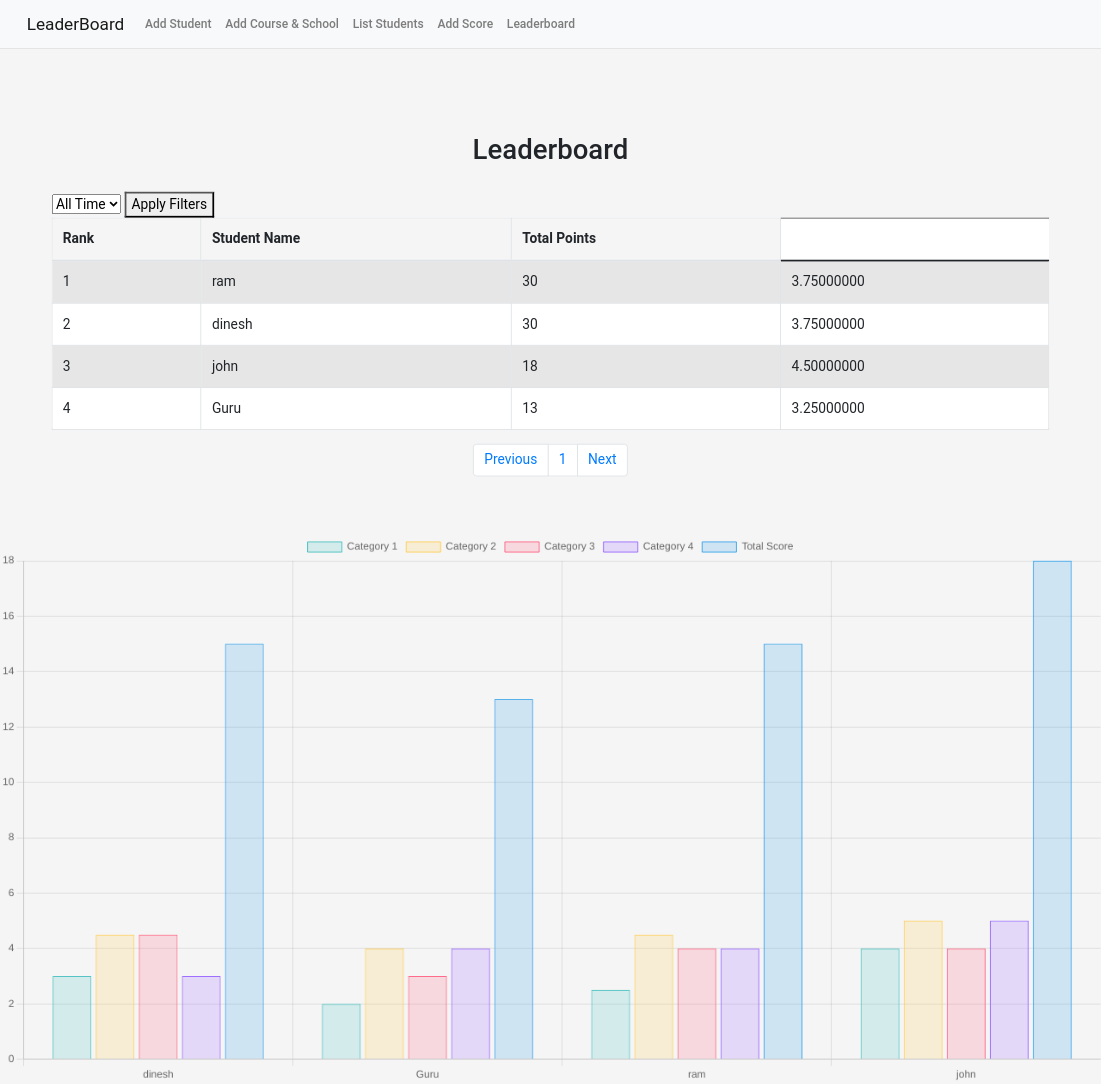
Repository: bigbodhiacademy/gBoard
Page: http://localhost/leaderboard.php?page=0
The author's editor kept a copy of each file at every save. The page is drawn from the files as they stood at one save, then again after the next save.
The browser window is 1280 px wide. The pictures show the whole page, at 86% of full size.
After loading, the first visible `#leaderboardFilterForm` was submitted once.
The page is run by PHP 8.4 with error messages shown; the project is at /var/www/html/. The database holds what the project's SQL file puts in it.

Above is the page before, as saved 2023-04-23 22:40:45.
Not found: scripts.js

### leaderboard.php
<?php require_once 'functions.php'; ?>
<?php
    $limit = 10; // Number of rows to display per page
    $currentPage = isset($_GET['page']) ? intval($_GET['page']) : 1;
    $offset = ($currentPage - 1) * $limit;
    $totalRows = getLeaderboardRowCount();
    $totalPages = ceil($totalRows / $limit);
?>
<?php include 'header.php'; ?>


<div class="container mt-5">
<h2 class="text-center">Leaderboard</h2>

<form id="leaderboardFilterForm">

<select name="interval" id="leaderboardInterval">
  <option value="all">All Time</option>
  <option value="monthly">Monthly</option>
  <option value="yearly">Yearly</option>
</select>
<select name="month" id="leaderboardMonth" style="display:none;">
  <option value="01">January</option>
  <option value="02">February</option>
  <option value="03">March</option>
  <option value="04">April</option>
  <option value="05">May</option>
  <option value="06">June</option>
  <option value="07">July</option>
  <option value="08">August</option>
  <option value="09">September</option>
  <option value="10">October</option>
  <option value="11">November</option>
  <option value="12">December</option>
</select>
<select name="year" id="leaderboardYear" style="display:none;">
  <option value="2023">2023</option>
  <option value="2022">2022</option>
  <option value="2021">2021</option>
  <!-- Add more years as needed -->
</select>
<button type="submit">Apply Filters</button>
</form>



<div class="table-responsive">
    <table class="table table-bordered table-striped" id="leaderboardTable">
        <thead>
            <tr>
                <th>Rank</th>
                <th>Student Name</th>
                <th>Total Points</th>
                <!--th>Average Score</th-->
            </tr>
        </thead>
        <tbody>
            <?php
            $rank = 1;
            // Get the selected categories from the form submission


            $leaderboardData = getLeaderboardData($offset, $limit);

            while ($row = $leaderboardData->fetch_assoc()):
            ?>
                <tr>
                    <th scope="row"><?php echo $rank; ?></th>
                    <td><?php echo $row['name']; ?> <?php //echo getBadgeForRank($rank); ?></td>
                    <td><?php echo $row['total_points']; ?></td>

                </tr>
            <?php
            $rank++;
            endwhile;
            ?>
        </tbody>


    </table>

    <!-- Add pagination links -->
    <nav aria-label="Page navigation">
    <ul class="pagination justify-content-center">
    <li class="page-item <?php if ($currentPage == 1) echo 'disabled'; ?>">
                <a class="page-link" href="?page=<?php echo $currentPage - 1; ?>" tabindex="-1" aria-disabled="true">Previous</a>
            </li>
            <?php for ($i = 1; $i <= $totalPages; $i++): ?>
                <li class="page-item <?php if ($i == $currentPage) echo 'active'; ?>"><a class="page-link" href="?page=<?php echo $i; ?>"><?php echo $i; ?></a></li>
            <?php endfor; ?>
            <li class="page-item <?php if ($currentPage == $totalPages) echo 'disabled'; ?>">
                <a class="page-link" href="?page=<?php echo $currentPage + 1; ?>">Next</a>
            </li>
        </ul>
    </nav>





</div>
</div>




<!-- Add this line in the head section of your HTML file -->
<script src="https://cdn.jsdelivr.net/npm/chart.js"></script>
<!-- Add this line in the body section of your HTML file -->
<canvas id="studentScoresChart"></canvas>
<?php
  // Fetch student names and their average scores in each category from your database
  $studentsData = getStudentNamesAndAverageScores();
  $labels = [];
  $category1Data = [];
  $category2Data = [];
  $category3Data = [];
  $category4Data = [];
  $totalScoreData = []; // Add this line to store total scores

  foreach ($studentsData as $studentData) {
    $labels[] = $studentData['name'];
    $category1Data[] = $studentData['category1_avg'];
    $category2Data[] = $studentData['category2_avg'];
    $category3Data[] = $studentData['category3_avg'];
    $category4Data[] = $studentData['category4_avg'];
    $totalScoreData[] = $studentData['category1_avg'] + $studentData['category2_avg'] + $studentData['category3_avg'] + $studentData['category4_avg']; // Calculate and store total score
  }
?>


<script>
  document.addEventListener('DOMContentLoaded', function() {
  const intervalSelect = document.getElementById('leaderboardInterval');
  const monthInput = document.getElementById('leaderboardMonth');
  const yearInput = document.getElementById('leaderboardYear');

  intervalSelect.addEventListener('change', function() {
    if (this.value === 'monthly') {
      monthInput.style.display = 'inline';
      yearInput.style.display = 'none';
    } else if (this.value === 'yearly') {
      monthInput.style.display = 'none';
      yearInput.style.display = 'inline';
    } else {
      monthInput.style.display = 'none';
      yearInput.style.display = 'none';
    }
  });
});


  createStudentScoresChart(
    <?php echo json_encode($labels); ?>,
    <?php echo json_encode($category1Data); ?>,
    <?php echo json_encode($category2Data); ?>,
    <?php echo json_encode($category3Data); ?>,
    <?php echo json_encode($category4Data); ?>,
    <?php echo json_encode($totalScoreData); ?> // Pass total score data
  );

  //createStudentScoresChart(labels, category1Data, category2Data, category3Data, category4Data);

  function createStudentScoresChart(labels, category1Data, category2Data, category3Data, category4Data, totalScoreData) {
  const ctx = document.getElementById('studentScoresChart').getContext('2d');
  new Chart(ctx, {
    type: 'bar',
    data: {
      labels: labels,
      datasets: [
        {
          label: 'Category 1',
          data: category1Data,
          backgroundColor: 'rgba(75, 192, 192, 0.2)',
          borderColor: 'rgba(75, 192, 192, 1)',
          borderWidth: 1
        },
        {
          label: 'Category 2',
          data: category2Data,
          backgroundColor: 'rgba(255, 206, 86, 0.2)',
          borderColor: 'rgba(255, 206, 86, 1)',
          borderWidth: 1
        },
        {
          label: 'Category 3',
          data: category3Data,
          backgroundColor: 'rgba(255, 99, 132, 0.2)',
          borderColor: 'rgba(255, 99, 132, 1)',
          borderWidth: 1
        },
        {
          label: 'Category 4',
          data: category4Data,
          backgroundColor: 'rgba(153, 102, 255, 0.2)',
          borderColor: 'rgba(153, 102, 255, 1)',
          borderWidth: 1
        },
        {
          label: 'Total Score',
          data: totalScoreData,
          backgroundColor: 'rgba(54, 162, 235, 0.2)',
          borderColor: 'rgba(54, 162, 235, 1)',
          borderWidth: 1
        }
      ]
    },
    options: {
      scales: {
        y: {
          beginAtZero: true
        }
      }
    }
  });
}

document.getElementById('leaderboardFilterForm').addEventListener('submit', function (event) {
  event.preventDefault();

  const interval = document.getElementById('leaderboardInterval').value;
  const month = document.getElementById('leaderboardMonth').value;
  const year = document.getElementById('leaderboardYear').value;

  console.log("leader y  m i--",year,month,interval);
  // Make an AJAX request to fetch the leaderboard data based on the selected interval and categories
  const xhr = new XMLHttpRequest();
  xhr.onreadystatechange = function() {
    if (this.readyState === 4 && this.status === 200) {
      console.log("Server response:", this.responseText);
      const leaderboardData = JSON.parse(this.responseText);
      updateLeaderboardTable(leaderboardData);
    }
  };

  const offset = 0; // Or any other value for pagination
  const limit = 10; // Or any other value for the number of rows per page


  xhr.open("POST", "fetch_leaderboard_data.php", true);
  xhr.setRequestHeader("Content-Type", "application/x-www-form-urlencoded");
  xhr.send(`interval=${interval}&month=${month}&year=${year}&offset=${offset}&limit=${limit}`);

});


function updateLeaderboardTable(leaderboardData) {
  const tableBody = document.querySelector('#leaderboardTable tbody');
  tableBody.innerHTML = '';
  index=1;
  for (const row of leaderboardData) {
    const tr = document.createElement('tr');
    tr.innerHTML = `
      <td>${index}</td>
      <td>${row.name}</td>
      <td>${row.total_points}</td>
      <td>${row.average_score}</td>
    `;
    tableBody.appendChild(tr);
    index +=1;
  }
}



</script>





<?php include 'footer.php'; ?>

### db_connection.php
<?php
$servername = "localhost"; // Replace with your MySQL server address if it's not "localhost"
$username = "root"; // Replace with your MySQL username
$password = ""; // Replace with your MySQL password
$dbname = "leaderboard4";

// Create connection
$conn = new mysqli($servername, $username, $password, $dbname);

// Check connection
if ($conn->connect_error) {
  die("Connection failed: " . $conn->connect_error);
}
?>

### header.php
<!DOCTYPE html>
<html lang="en">

<head>
    <meta charset="UTF-8">
    <meta name="viewport" content="width=device-width, initial-scale=1.0">
    <title>LeaderBoard</title>
    <link href="https://cdn.jsdelivr.net/npm/bootstrap@5.1.3/dist/css/bootstrap.min.css" rel="stylesheet">
    <link rel="stylesheet" href="https://maxcdn.bootstrapcdn.com/bootstrap/4.5.2/css/bootstrap.min.css">
    <script src="https://ajax.googleapis.com/ajax/libs/jquery/3.5.1/jquery.min.js"></script>
    <script src="https://cdnjs.cloudflare.com/ajax/libs/popper.js/1.16.0/umd/popper.min.js"></script>
    <script src="https://maxcdn.bootstrapcdn.com/bootstrap/4.5.2/js/bootstrap.min.js"></script>
    <link href="https://maxcdn.bootstrapcdn.com/font-awesome/4.7.0/css/font-awesome.min.css" rel="stylesheet" />

    <link rel="stylesheet" href="styles.css">
    <script src="scripts.js"></script>
</head>

<body>
    <nav class="navbar navbar-expand-lg navbar-light bg-light">
        <div class="container-fluid">
            <a class="navbar-brand" href="index.php">LeaderBoard</a>
            <button class="navbar-toggler" type="button" data-bs-toggle="collapse" data-bs-target="#navbarNav" aria-controls="navbarNav" aria-expanded="false" aria-label="Toggle navigation">
                <span class="navbar-toggler-icon"></span>
            </button>
            <div class="collapse navbar-collapse" id="navbarNav">
                <ul class="navbar-nav">
                    <li class="nav-item">
                        <a class="nav-link" href="add_student.php">Add Student</a>
                    </li>
                    <li class="nav-item">
                        <a class="nav-link" href="add_school_course.php">Add Course & School</a>
                    </li>
                    <li class="nav-item">
                        <a class="nav-link" href="list_students.php">List Students</a>
                    </li>
                    <li class="nav-item">
                        <a class="nav-link" href="add_score.php">Add Score</a>
                    </li>
                    <li class="nav-item">
                        <a class="nav-link" href="leaderboard.php">Leaderboard</a>
                    </li>
                </ul>
            </div>
        </div>
    </nav>

### footer.php
<script src="https://code.jquery.com/jquery-3.6.0.min.js"></script>
    <script src="https://cdn.jsdelivr.net/npm/@popperjs/core@2.11.6/dist/umd/popper.min.js"></script>
    <script src="https://cdn.jsdelivr.net/npm/bootstrap@5.1.3/dist/js/bootstrap.min.js"></script>
    <script src="script.js"></script>
</body>

</html>

### fetch_leaderboard_data.php
<?php
require_once 'functions.php';

// Get the input data from the AJAX request
$interval = $_POST['interval'];
$month = $_POST['month'];
$year = $_POST['year'];
$offset = $_POST['offset'];
$limit = $_POST['limit'];

// Initialize an empty array for the result data
$data = array();

// Based on the interval, call the appropriate function to fetch the leaderboard data
if ($interval === 'monthly') {
    $result = getMonthlyLeaderboardData($month, $year, $offset, $limit);
} elseif ($interval === 'yearly') {
    $result = getYearlyLeaderboardData($year, $offset, $limit);
} else {
    // Handle the "all-time" case, if needed
    $result = getAllTimeLeaderboardData($offset, $limit);
}

// If the result object is not empty, fetch the data as an associative array
if ($result) {
    $data = $result->fetch_all(MYSQLI_ASSOC);
}

// Set the content type header and return the JSON-encoded data
header('Content-Type: application/json');
echo json_encode($data);
?>

### styles.css
body {
    font-family: 'Roboto', sans-serif;
    background-color: #f5f5f5;
}

.container {
    max-width: 1200px;
    margin: 0 auto;
    padding: 50px 20px;
}

h2 {
    font-weight: 500;
    margin-bottom: 30px;
}

.btn {
    border-radius: 5px;
}

.navbar {
    border-bottom: 1px solid #e0e0e0;
}

.nav-link {
    font-size: 14px;
    font-weight: 500;
}

.form-group {
    margin-bottom: 20px;
}

.table {
    background-color: #fff;
    border-radius: 5px;
}

.table thead {
    background-color: #f5f5f5;
}
.stars {
    font-size: 24px;
    color: gray;
    display: inline-block;
    position: relative;
    padding: 0;
    cursor: pointer;
}

.stars:before {
    /*content: '\f006 \f006 \f006 \f006 \f006';*/
    font-family: FontAwesome;
}

.stars>input {
    display: none;
}

.stars:hover:before,
.stars:hover ~ .stars:before,
.stars input:checked ~ .stars:before {
    color: gold;
    text-shadow: 0 0 5px rgba(255, 215, 0, 0.8);
}

### leaderboard4.sql (the tables this page reads)
CREATE TABLE `leaderboard` (
  `id` int(11) NOT NULL,
  `student_id` int(11) DEFAULT NULL,
  `total_points` int(11) DEFAULT NULL,
  `average_score` float DEFAULT NULL
) ENGINE=InnoDB DEFAULT CHARSET=utf8mb4;

INSERT INTO `leaderboard` (`id`, `student_id`, `total_points`, `average_score`) VALUES
(9, 19, 30, 15),
(10, 23, 13, 13),
(19, 24, 30, 15),
(32, 25, 18, 18);

ALTER TABLE `leaderboard`
  ADD PRIMARY KEY (`id`),
  ADD UNIQUE KEY `student_id` (`student_id`);

ALTER TABLE `leaderboard`
  MODIFY `id` int(11) NOT NULL AUTO_INCREMENT, AUTO_INCREMENT=33;

ALTER TABLE `leaderboard`
  ADD CONSTRAINT `leaderboard_ibfk_1` FOREIGN KEY (`student_id`) REFERENCES `students` (`id`);

CREATE TABLE `scores` (
  `id` int(11) NOT NULL,
  `student_id` int(11) NOT NULL,
  `date` date NOT NULL,
  `category1` int(11) NOT NULL,
  `category2` int(11) NOT NULL,
  `category3` int(11) NOT NULL,
  `category4` int(11) NOT NULL
) ENGINE=InnoDB DEFAULT CHARSET=utf8mb4;

INSERT INTO `scores` (`id`, `student_id`, `date`, `category1`, `category2`, `category3`, `category4`) VALUES
(4, 19, '2023-04-20', 2, 5, 5, 3),
(5, 19, '2023-04-11', 4, 4, 4, 3),
(8, 23, '2022-08-23', 2, 4, 3, 4),
(9, 24, '2023-04-20', 3, 4, 3, 4),
(10, 24, '2023-02-15', 2, 5, 5, 4),
(11, 25, '2023-04-24', 4, 5, 4, 5);

ALTER TABLE `scores`
  ADD PRIMARY KEY (`id`),
  ADD KEY `student_id` (`student_id`);

ALTER TABLE `scores`
  MODIFY `id` int(11) NOT NULL AUTO_INCREMENT, AUTO_INCREMENT=12;

ALTER TABLE `scores`
  ADD CONSTRAINT `scores_ibfk_1` FOREIGN KEY (`student_id`) REFERENCES `students` (`id`);

CREATE TABLE `students` (
  `id` int(11) NOT NULL,
  `name` varchar(255) NOT NULL,
  `email` varchar(255) NOT NULL,
  `course_id` int(11) NOT NULL,
  `school_id` int(11) NOT NULL
) ENGINE=InnoDB DEFAULT CHARSET=utf8mb4;

INSERT INTO `students` (`id`, `name`, `email`, `course_id`, `school_id`) VALUES
(19, 'dinesh', 'eng@gm', 1, 2),
(23, 'Guru', 'DFI@jf', 2, 1),
(24, 'ram', 'sde@gsh', 1, 1),
(25, 'john', 'hhui@ggjlk', 1, 1);

ALTER TABLE `students`
  ADD PRIMARY KEY (`id`),
  ADD KEY `course_id` (`course_id`),
  ADD KEY `school_id` (`school_id`);

ALTER TABLE `students`
  MODIFY `id` int(11) NOT NULL AUTO_INCREMENT, AUTO_INCREMENT=26;

ALTER TABLE `students`
  ADD CONSTRAINT `students_ibfk_1` FOREIGN KEY (`course_id`) REFERENCES `courses` (`id`),
  ADD CONSTRAINT `students_ibfk_2` FOREIGN KEY (`school_id`) REFERENCES `schools` (`id`);

Loaded but not shown: script.js (9 lines, source omitted); functions.php (506 lines, source omitted)

After the next save:
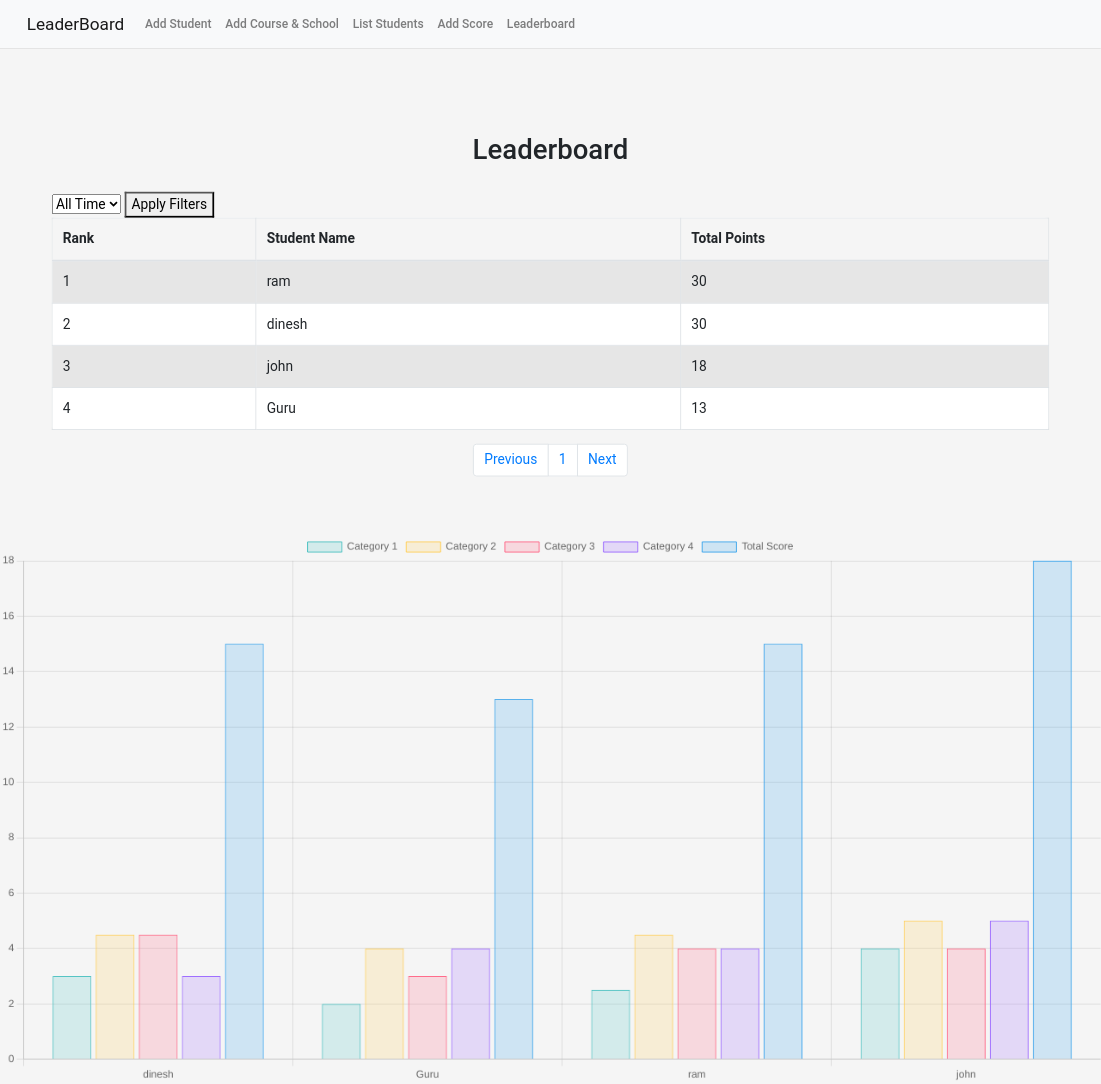
Saved 19 s later.
--- a/leaderboard.php
+++ b/leaderboard.php
@@ -254,7 +254,7 @@ function updateLeaderboardTable(leaderboardData) {
       <td>${index}</td>
       <td>${row.name}</td>
       <td>${row.total_points}</td>
-      <td>${row.average_score}</td>
+
     `;
     tableBody.appendChild(tr);
     index +=1;
